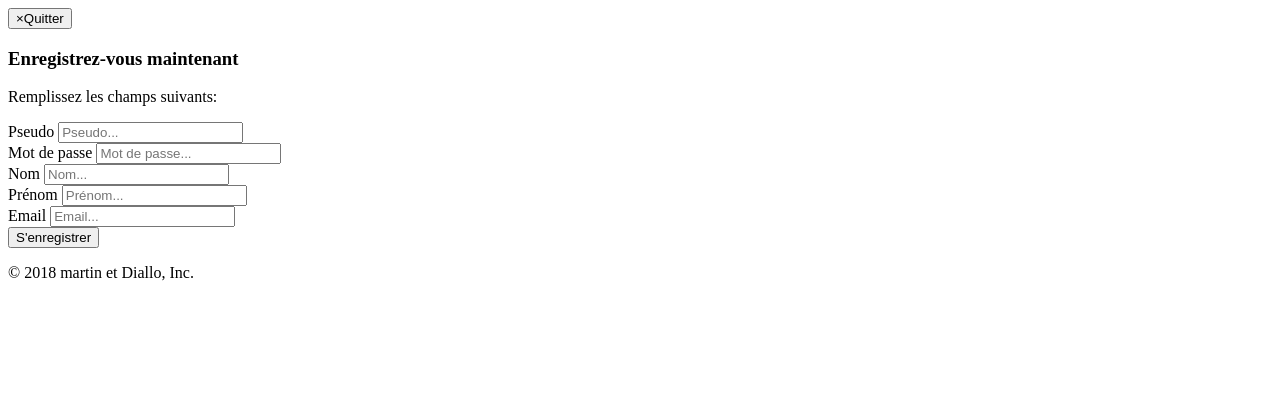
Repository: KAMGO/ProjetJEE2017
Page: http://localhost/donation/VUE/inscription.jsp
The author's editor kept a copy of each file at every save. The page is drawn from the files as they stood at one save, then again after the next save.
The browser window is 1280 px wide. The pictures show the whole page.
The page is served by Tomcat 9. Other server files are loaded and not shown. The template is opened directly, without the code that normally fills it, so the values that code supplies are empty.

Above is the page before, as saved 2018-08-15 10:06:52.

### donation/WebContent/VUE/inscription.jsp
<%@ page language="java" contentType="text/html; charset=ISO-8859-1"
    pageEncoding="ISO-8859-1"%>
<%@ taglib uri="http://java.sun.com/jsp/jstl/core" prefix="c"%>
<!DOCTYPE html PUBLIC "-//W3C//DTD HTML 4.01 Transitional//EN" "http://www.w3.org/TR/html4/loose.dtd">
<html>
<head>
<meta http-equiv="Content-Type" content="text/html; charset=ISO-8859-1">
<title>Insert title here</title>
</head>
<body>

	<div class="modal fade" id="modal-register" tabindex="-1" role="dialog"
		aria-labelledby="modal-register-label" aria-hidden="true">
		<div class="modal-dialog">
			<div class="modal-content">
				<div class="modal-header">
					<button type="button" class="close" data-dismiss="modal">
						<span aria-hidden="true">&times;</span><span class="sr-only">Quitter</span>
					</button>
					<h3 class="modal-title" id="modal-register-label">Enregistrez-vous
						maintenant</h3>
					<p>Remplissez les champs suivants:</p>
				</div>
				<div class="modal-body">
					<form role="form" action="${context}/inscription" method="post"
						class="registration-form">
						<div class="form-group">
							<label class="sr-only" for="form-username">Pseudo</label> <input
								type="text" name="form-username" placeholder="Pseudo..."
								class="form-username form-control" id="form-username">
						</div>
						<div class="form-group">
							<label class="sr-only" for="form-password-register">Mot
								de passe</label> <input type="password" name="form-password-register"
								placeholder="Mot de passe..."
								class="form-password-register form-control"
								id="form-password-register">
						</div>
						<div class="form-group">
							<label class="sr-only" for="form-last-name">Nom</label> <input
								type="text" name="form-last-name" placeholder="Nom..."
								class="form-last-name form-control" id="form-last-name">
						</div>
						<div class="form-group">
							<label class="sr-only" for="form-first-name">Prénom</label> <input
								type="text" name="form-first-name" placeholder="Prénom..."
								class="form-first-name form-control" id="form-first-name">
						</div>
						<div class="form-group">
							<label class="sr-only" for="form-email">Email</label> <input
								type="text" name="form-email" placeholder="Email..."
								class="form-email form-control" id="form-email">
						</div>
						<button type="submit" class="btn1">S'enregistrer</button>
					</form>
				</div>
			</div>
		</div>
	</div>
<%@ include file="Footer.jsp" %>
</body>
</html>

### donation/WebContent/VUE/Footer.jsp
<footer id="footer">
	<p>&copy; 2018 martin et Diallo, Inc.</p>
</footer>

### donation/WebContent/VUE/menu.jsp
<div class="navbar navbar-inverse navbar-fixed-top">
    <div class="container">
        <div class="navbar-collapse collapse">
            <ul class="nav navbar-nav">
            	<li><a href="/donation/VUE/Accueil">Accueil</a></li>
            	<c:if test="${!empty sessionScope.utilisateur}">
            		<!-- grâce à cet import, je récupère les listes pour afficher la navbar -->
				<c:import url="/affichercategories" />
				<c:set var="context" value="${pageContext.request.contextPath}"/>
				<ul class="nav navbar-nav">
				<c:forEach items="${listCategorie}" var="categorie">
					<li><a
						href="${context}/affichersouscategories?nomCategorie=${categorie.getTitre()}">${categorie.getTitre()}</a></li>
				</c:forEach>
				</ul>
                </c:if>
            </ul>
			<!-- si l'utilisateur est deja connecte cette partie est cachee-->
            <ul class="nav navbar-nav navbar-right">
            	<c:if test="${empty sessionScope.utilisateur}">
            	<li><a href="/donation/VUE/Connexion.jsp"><span class="glyphicon glyphicon-log-in"></span>Connexion</a></li>
               	<li><a href="/donation/VUE/inscription.jsp"><span class="glyphicon glyphicon-user"></span>Inscription</a></li>
    	        </c:if>
    	        <c:if test="${!empty sessionScope.utilisateur}">
	           	<li><a href="/donation/VUE/Deconnexion"><span class="glyphicon glyphicon-log-out"></span>Deconnexion</a></li>
	           	</c:if>
            </ul>

        </div>
    </div>
</div>

After the next save:
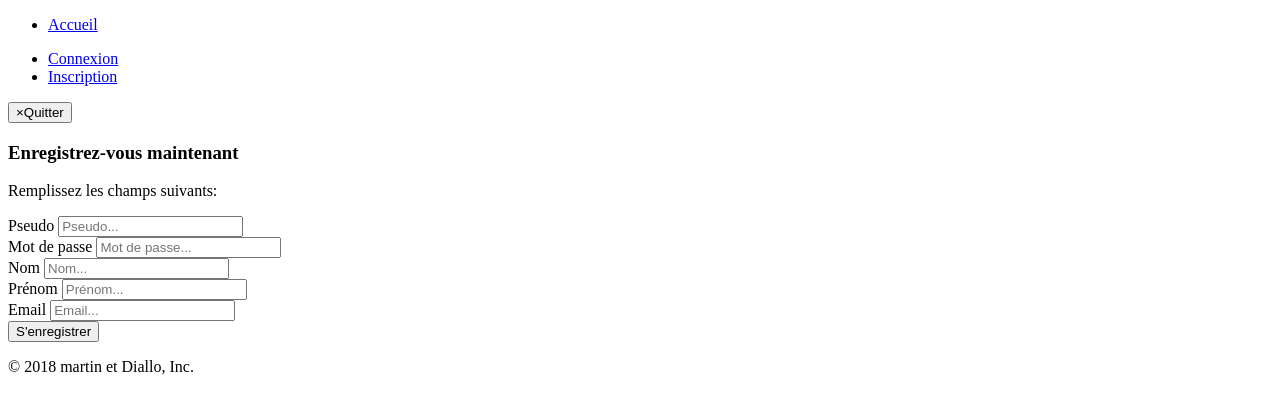
Saved 64 s later.
--- a/donation/WebContent/VUE/inscription.jsp
+++ b/donation/WebContent/VUE/inscription.jsp
@@ -8,7 +8,7 @@
 <title>Insert title here</title>
 </head>
 <body>
-
+	<%@ include file="menu.jsp" %>
 	<div class="modal fade" id="modal-register" tabindex="-1" role="dialog"
 		aria-labelledby="modal-register-label" aria-hidden="true">
 		<div class="modal-dialog">
